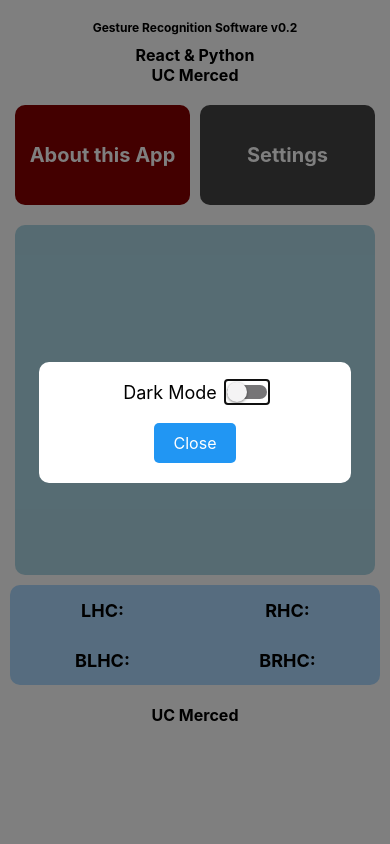
Repository: hajin-park/V-QUIP
Screen: / (app in frontend/react-native-app/), after clicking the first element matching `div.r-flexDirection-18u37iz > :nth-child(2)`
The author's editor kept a copy of each file at every save. The screen is drawn from the files as they stood at one save, then again after the next save.
The app was drawn by React Native's web renderer in a window 390 px wide. The project was rebuilt for these pictures with package versions that can differ from the ones it lists, and the page was loaded fresh each time.

Above is the screen before, as saved 2024-04-30 19:44:32.

After the next save:
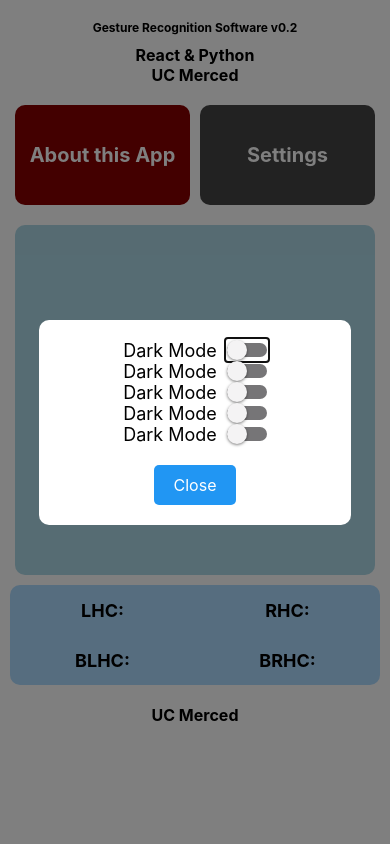
Saved 62 s later.
--- a/frontend/react-native-app/App.js
+++ b/frontend/react-native-app/App.js
@@ -9,6 +9,58 @@ const SettingsModalContent = ({ darkMode, setDarkMode }) => {
 
   return (
     <View>
+      {/* Dark Mode Switch */}
+      <View style={styles.darkModeSwitchContainer}>
+        <Text style={[styles.darkModeText, darkMode && styles.darkText]}>
+          Dark Mode
+        </Text>
+        <Switch
+          trackColor={{ false: "#767577", true: "#81b0ff" }}
+          thumbColor={darkMode ? "#f5dd4b" : "#f4f3f4"}
+          ios_backgroundColor="#3e3e3e"
+          onValueChange={toggleDarkMode}
+          value={darkMode}
+        />
+      </View>
+      {/* Dark Mode Switch */}
+      <View style={styles.darkModeSwitchContainer}>
+        <Text style={[styles.darkModeText, darkMode && styles.darkText]}>
+          Dark Mode
+        </Text>
+        <Switch
+          trackColor={{ false: "#767577", true: "#81b0ff" }}
+          thumbColor={darkMode ? "#f5dd4b" : "#f4f3f4"}
+          ios_backgroundColor="#3e3e3e"
+          onValueChange={toggleDarkMode}
+          value={darkMode}
+        />
+      </View>
+      {/* Dark Mode Switch */}
+      <View style={styles.darkModeSwitchContainer}>
+        <Text style={[styles.darkModeText, darkMode && styles.darkText]}>
+          Dark Mode
+        </Text>
+        <Switch
+          trackColor={{ false: "#767577", true: "#81b0ff" }}
+          thumbColor={darkMode ? "#f5dd4b" : "#f4f3f4"}
+          ios_backgroundColor="#3e3e3e"
+          onValueChange={toggleDarkMode}
+          value={darkMode}
+        />
+      </View>
+      {/* Dark Mode Switch */}
+      <View style={styles.darkModeSwitchContainer}>
+        <Text style={[styles.darkModeText, darkMode && styles.darkText]}>
+          Dark Mode
+        </Text>
+        <Switch
+          trackColor={{ false: "#767577", true: "#81b0ff" }}
+          thumbColor={darkMode ? "#f5dd4b" : "#f4f3f4"}
+          ios_backgroundColor="#3e3e3e"
+          onValueChange={toggleDarkMode}
+          value={darkMode}
+        />
+      </View>
       {/* Dark Mode Switch */}
       <View style={styles.darkModeSwitchContainer}>
         <Text style={[styles.darkModeText, darkMode && styles.darkText]}>
